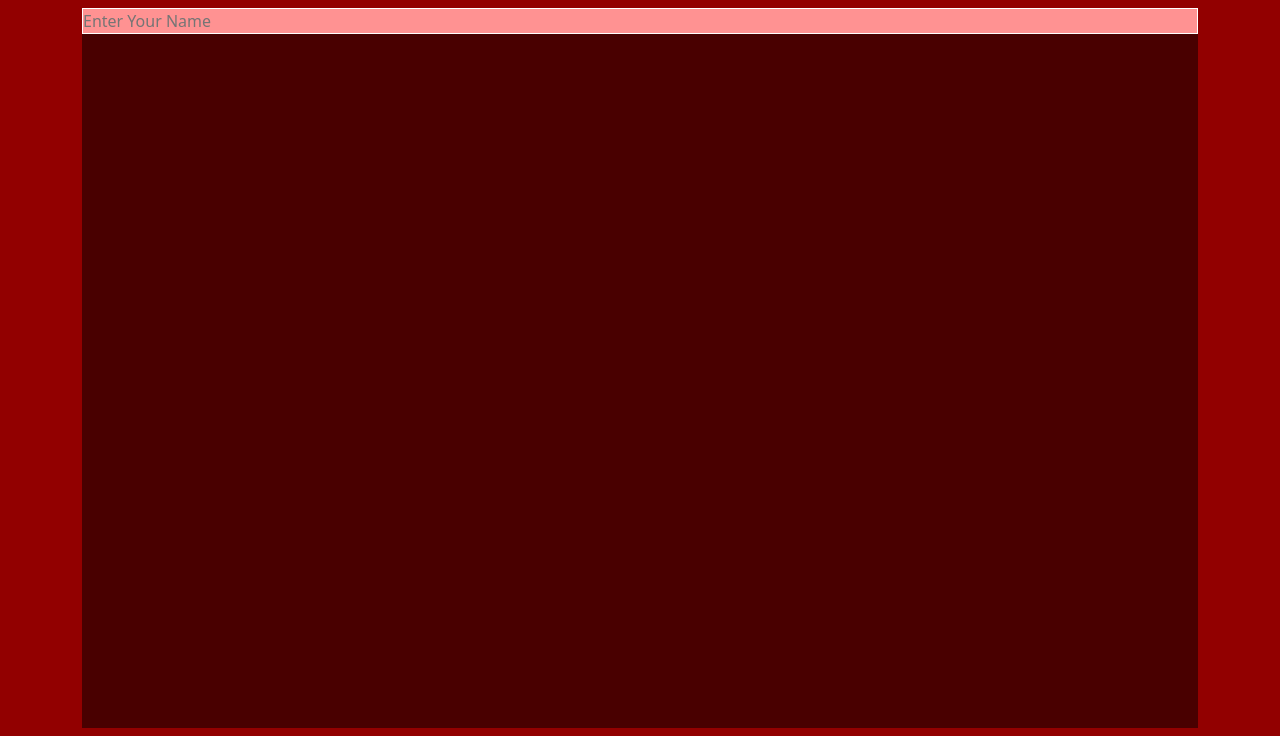
Repository: Haneef-Shaik/Greetings
Page: /
These files come from the project's save history. The page is drawn as it stood at one moment and after the next save; the edit follows.
The browser window is 1280 px wide. The pictures show the whole page.
The project was rebuilt for these pictures with package versions that can differ from the ones it lists, and the page was loaded fresh each time. The framework's server and built-in components were replaced by stand-ins that run in the browser. Also part of the build but not shown: next.config.js, styles/card.module.scss, components/card.js, styles/socialShare.module.scss, components/socialShare.js.

Above is the page before, as saved 2021-12-01 20:09:13.

After the next save:
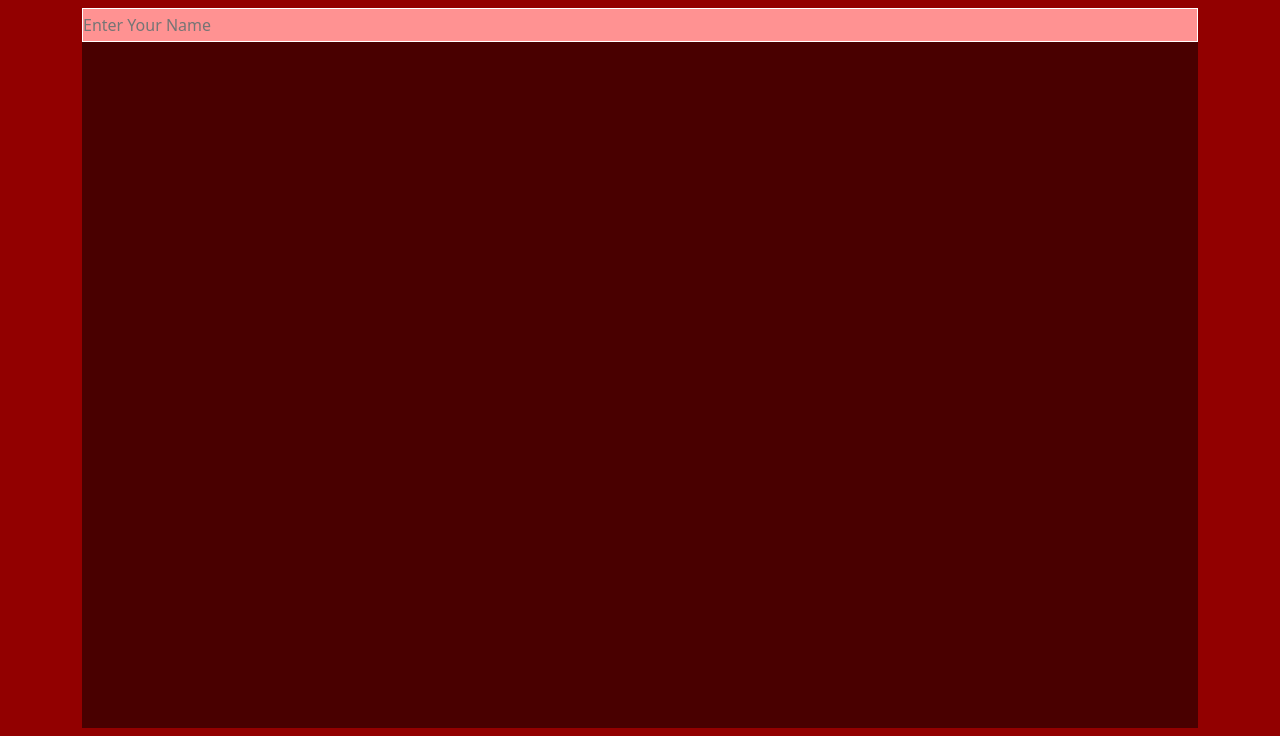
Saved 12 s later.
--- a/styles/form.module.scss
+++ b/styles/form.module.scss
@@ -4,5 +4,6 @@
     input{
         border:1px solid #FFFFFF;
         background-color:#FF9292;
+        line-height:2rem
     }
 }
